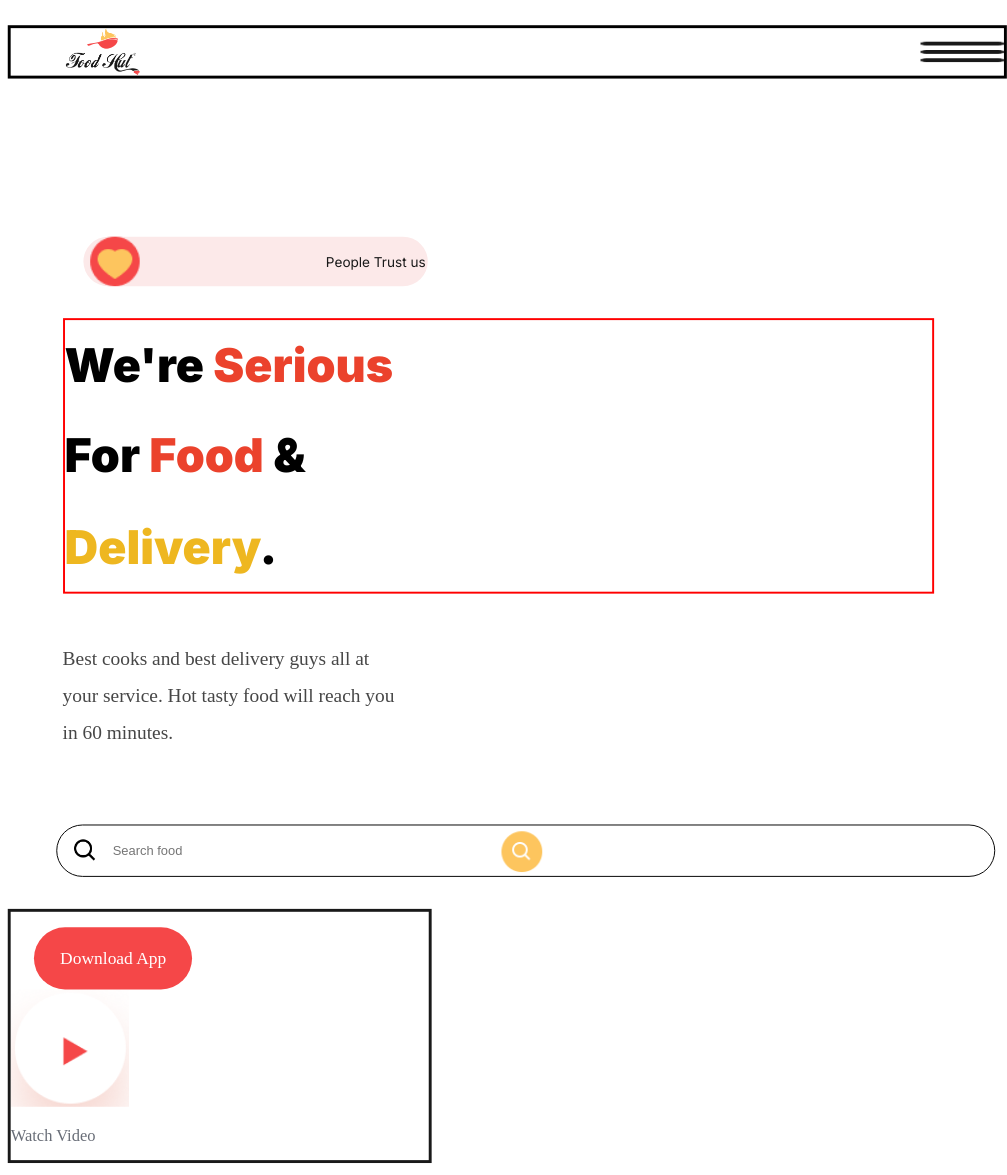
Repository: ReyhanehRahmani/Food-Hut
Page: FoodHut.html
These files come from the project's save history. The page is drawn as it stood at one moment and after the next save; the edit follows.
The browser window is 1024 px wide. The page is 1038 px wide, so the pictures cover 1038 px, including what lies to the right of the window. The pictures show the whole page, at 97% of full size.
Some web fonts or font styles are not loaded; a fallback is used.

Above is the page before, as saved 2025-05-28 23:46:15.

### FoodHut.html
<!DOCTYPE html>

<html lang="en">

    <head>

    <meta name="viewport" content="width=device-width, initial-scale=1.0" />

        <title>Food Hut</title>

        <link rel="icon" type="image/jpg" href="favicon.png">

        <link rel="preconnect" href="https://fonts.googleapis.com">

        <link rel="stylesheet" href="FoodHut.css">

        <link rel="preconnect" href="https://fonts.googleapis.com">

        <link rel="preconnect" href="https://fonts.gstatic.com" crossorigin>

        <link href="https://fonts.googleapis.com/css2?family=Inter:ital,opsz,wght@0,14..32,100..900;1,14..32,100..900&display=swap" rel="stylesheet">

        <link rel="preconnect" href="https://fonts.googleapis.com">

        <link rel="preconnect" href="https://fonts.gstatic.com" crossorigin>

        <link href="https://fonts.googleapis.com/css2?family=Sofia+Sans:ital,wght@0,1..1000;1,1..1000&display=swap" rel="stylesheet">

    </head>

    <body>

        <div class="headh">
            <img src="favicon.png" alt="Food Hut logo" class="FoodHutLogo">

            <div class="navlaptop">
                    <p class="mm">Today special offers</p>
                    <p class="mm">Why FoodHut</p>
                    <p class="mm">Our Menu</p>
                    <p class="mm">Our Popular food</p>

            </div>
            <div class="downloadbt"><p>Download App</p></div>
            <img src="slider.png" id="slider">
        </div>



        <div class="maincontainer">
            <div class="container1">

                <div id="HeartBox">
                    <img id="Heart" src="ghalb.png" style="margin-left: 3px;" >
                    <p id="trust">People Trust us</p>
                </div>

                <p id="BigBox1">
                    We're <spsn style="color: rgb(235, 66, 44);">Serious</spsn> <br> For <span style="color: rgb(235, 66, 44);">Food</span> & <br><span style="color: rgb(238, 183, 32);">Delivery</span>.
                </p>
                <p id="BigBox1laptop">
                    We're <spsn style="color: rgb(235, 66, 44);">Serious</spsn>  For <br><span style="color: rgb(235, 66, 44);">Food</span> & <span style="color: rgb(238, 183, 32);">Delivery</span>.
                </p>

                <p id="text1">
                    Best cooks and best delivery guys all at <br>your service. Hot tasty food will reach you<br>in 60 minutes.
                </p>
                <p id="text1laptop">
                    Best cooks and best delivery guys all at your <br>service. Hot tasty food will reach you in 60<br>minutes.
                </p>
                <div class="searchbox">
                    <img src="zarebin2.png" id="zarebin2">
                    <input class="inin" type="text" minlength="3" maxlength="30" placeholder="Search food"></input>
                    <button class="butbut"><img src="zarebin.png" id="zarebin"></button>
                </div>


                <div id="PlayBox">
                    <div id="download"><p>Download App</p></div>
                    <div id="bori1">
                    <img src="playb.png" id="PlayButton">
                    <p id="Watch">Watch Video</p>
                    </div>
                </div>

            </div>
            <img src="pic1.png" id="pic1laptop">

        </div>






    </body>

</html>

### FoodHut.css
/*font family - font size - align items like heart*/

@media screen and (max-width: 1279px){



body {
    font-family: "Inter", sans-serif;

}

.headh{
    border: solid;
    display: flex;
    justify-content: space-between;
    width: 100vw;
    height: 6.739130435vh;
    align-items: center;
    margin-top: 2.608695652%;
}


.FoodHutLogo{
    margin-left: 5.607476636%;
    height: 100%;
}

#slider{
    width: 8.411214953%;
    height: 43.548387097%;
}

/*#NavbarSlider{
    margin-top: 41px;
    margin-right: 5.6vw;
    float: right;
    position: fixed;
    border: 2px solid red;
}

.slider{
    width: 36px;
    height: 5px;
    border-radius: 17px;
    display: flex;
    justify-content: space-between;
    flex-direction: column;
    gap: 6px;
    background: rgba(25, 25, 25, 1);
    margin-right: 24px;

}*/



#HeartBox{
    display: flex;
    justify-content: space-between;
    gap: 1.438848921%;
    width: 35.226415094%;
    height: 4.261796043%;
    align-items: center;
    border-radius: 100px;
    white-space: nowrap;
    background-color: #fce9e9;
    margin-top: 16.228070175%;
    margin-left: 7.710280374%;
}

#trust{
    font-weight: 400;
    font-size: 0.875rem;
    line-height: 100%;
    letter-spacing: 0%;
    /*align-items: center;
    justify-content: center;*/
    color: rgba(25, 25, 25, 1);
    margin-right: 2px;

}

#Heart{
    position: static;
    width: 14.288489209%;
    height: 71.428571429%;
    padding-left: 1.168224299%;
    align-self: center;
}

#BigBox1{
    width: 88.785046729%;
    height: 21.058315335%;
    align-content: center;
    margin-top: 3.225806452%;
    margin-left: 5.607476636%;
    border: 2px solid red;
    font-weight: 900;
    font-size: 3rem;
    line-height: 195%;
    letter-spacing: 0%;
    font-family: "Inter";
}

/*#Box1Paragragh{
    font-weight: 900;
    font-size: 48px;
    line-height: 195%;
    letter-spacing: 0%;
}*/

#text1{
    width: 88.551401869%;
    height: 8.804347826%;
    margin-top: 4.347826087%;
    margin-left: 5.607476636%;
    opacity: 0.8;
    font-family: "Sofia Sans";
    font-weight: 400;
    font-size: 1.25rem;
    line-height: 190%;
    letter-spacing: -1%;
    color: #191919;
    white-space: nowrap;

}

#text1laptop{
    display: none;
}

.searchbox{
    border: solid;
    display: flex;
    border-width: 0.5px;
    border-radius: 100px;
    align-items: center;
    height: 8.709677419%;
    margin-top: 4.35483871;
    width: 95.785046729%;
    margin-left: 4.979253112%;
    margin-top: 7.476635514%;

}

.searchbox .inin{
    border: 0px;
    margin-left: 12px;

}

.searchbox .butbut{
    border: 0px;
    background-color: rgba(127, 255, 212, 0);
    margin-left: 22.324840764%;
}

#zarebin{
    height: 42px;
    padding-top: 5px;

}

#zarebin2{
    width: 28px;
    height: 28px;
    margin-left: 15px;

}

#download{
    width: 37.85046729%;
    height: 4.859611231%;
    margin-top: 3.695652174%;
    margin-left: 5.607476636%;
    border-radius: 100px;
    background: #F54748;
    font-family: Sofia Pro;
    font-weight: 400;
    font-size: 1.125rem;
    line-height: 100%;
    letter-spacing: 0px;
    text-transform: capitalize;
    color:#FFFFFF;
    text-align: center;
    padding-top: 1.187904968%;
    padding-bottom: 1.187904968%;
    display: inline-block;
}

#PlayBox{
    margin-top: 3.260869565%;
    display: flex;
    justify-content: space-between;
    gap: 4.906542056%;
    width: 42.757009346%;
    height: 5.652173913%;
    margin-right: 6.542056075%;
    position: relative;
    overflow: hidden;
    border: #191919 solid;
    display: inline-block;

}

#PlayButton{
    position: relative;
    width: 28.415300546%;
    height: 100%;
}


#Watch{
    font-family: Poppins;
    font-weight: 500;
    font-size: 1.0625rem;
    line-height: 100%;
    letter-spacing: 0%;
    color: #686D77;

}
.navlaptop{
    display: none;
}

.downloadbt{
    display: none;
}

#BigBox1laptop{
    display: none;
}

#pic1laptop{
    display: none;
}

}


@media screen and (min-width: 1280px){

body{
    position: relative;
}

.headh{
    display: flex;
    position: relative;
    align-items: center;
    margin-top: 2.46343341%;
}

.headh .FoodHutLogo{
    width: 8.402777778%;
    height: 6.004618938%;
    margin-left: 5.46875%;

}

.navlaptop {
    display: flex;
    gap: 7.575757576%;
    align-items: center;
    margin-left: 20.75%;

}

.navlaptop .mm{
    font-family: "Sofia Sans";
    font-weight: 400;
    font-size: 1.125rem;
    line-height: 100%;
    letter-spacing: 0px;
    text-transform: capitalize;
    color: #191919;
    white-space: nowrap;
}

.downloadbt{
    position: absolute;
    width: 11.25%;
    line-height: 100%;
    height: 57.692307692%;
    border-radius: 100px;
    background-color: #F54748;
    font-family: "Sofia Sans";
    text-align: center;
    margin-top: 1px;
    color: #FFFFFF;
    font-weight: 400;
    font-size: 18px;
    letter-spacing: 0px;
    text-transform: capitalize;
    margin-left: 84.513888889%;


}

.maincontainer{
    display: flex;
    justify-content: space-between;


}

.container1{
    margin-left: 4.861111111%;
    display: block;
    align-content: center;

}

#HeartBox{
    display: flex;
    justify-content: space-between;
    width: 28.226415094%;
    height: 4.261796043%;
    align-items: center;
    border-radius: 100px;
    white-space: nowrap;
    background-color: #fce9e9;
}

#trust{
    margin-right: 2px;
}

#BigBox1laptop{
    font-family: "Inter";
    font-weight: 900;
    font-size: 3.625rem;
    line-height: 100%;
    letter-spacing: 0%;
    margin-top: 3.04414003%;

}

#BigBox1{
    display: none;
}

#Heart{
    height: 20px;
    width: 20px;
}

#trust{
    font-family: Inter;
    font-weight: 400;
    font-size: 0.875rem;
    line-height: 100%;
    letter-spacing: 0%;

}

#text1{
    font-family: "Sofia Sans";
    font-weight: 400;
    font-size: 1.5rem;
    line-height: 100%;
    letter-spacing: -1%;
    opacity: 0.8;
    margin-top: 3.877419355%;
    color: #191919;

}


.searchbox{
    border: solid;
    display: flex;
    border-width: 0.5px;
    border-radius: 100px;
    align-items: center;
    height: 8.709677419%;
    margin-top: 4.35483871;

}

.searchbox .inin{
    border: 0px;
    margin-left: 12px;

}

.searchbox .butbut{
    border: 0px;
    background-color: rgba(127, 255, 212, 0);
    margin-left: 41.324840764%;
}

#zarebin{
    height: 42px;
    padding-top: 5px;

}

#zarebin2{
    width: 28px;
    height: 28px;
    margin-left: 15px;

}

#pic1laptop{
    width: 47.847222222%;
    height: auto;
}

#PlayBox{
    display: flex;
    height: 8.387096774%;
    margin-top: 4.838709677%;
    align-items: center;
}

#download{
    width: 33.085106383%;
    height: 86.538461538%;
    border-radius: 100px;
    background-color: #F54748;
    font-family: "Sofia Sans";
    text-align: center;
    margin-top: 1px;
    color: #FFFFFF;
    font-weight: 400;
    font-size: 18px;
    line-height: 100%;
    letter-spacing: 0px;
    text-transform: capitalize;


}

#bori1{
    display: flex;
    margin-left: 8.244680851%;
    height: 100%;
    justify-content: space-between;
    gap: 11.475409836%;
}

#Watch{
    font-family: "Sofia Sans";
    font-weight: 300;
    font-size: 17px;
    line-height: 100%;
    letter-spacing: 0%;
    color: #686D77;
    white-space: nowrap;

}

#PlayButton{
    height: 100%;
}
}

After the next save:
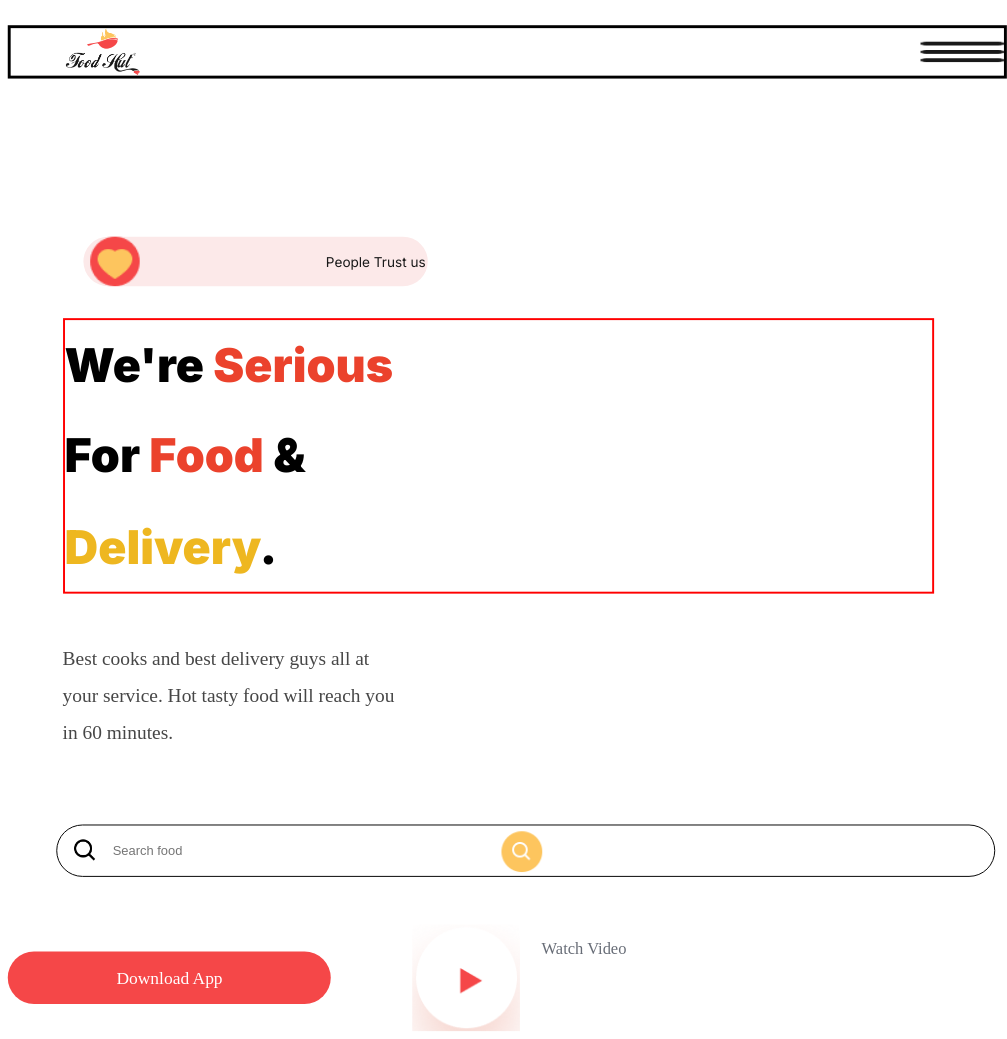
Saved 76 s later.
--- a/FoodHut.css
+++ b/FoodHut.css
@@ -167,57 +167,54 @@ body {
 
 }
 
+#PlayBox{
+    display: flex;
+    height: 8.387096774%;
+    margin-top: 4.838709677%;
+    align-items: center;
+}
+
 #download{
-    width: 37.85046729%;
-    height: 4.859611231%;
-    margin-top: 3.695652174%;
-    margin-left: 5.607476636%;
-    border-radius: 100px;
-    background: #F54748;
-    font-family: Sofia Pro;
-    font-weight: 400;
-    font-size: 1.125rem;
+    width: 33.085106383%;
+    height: 86.538461538%;
+    border-radius: 100px;
+    background-color: #F54748;
+    font-family: "Sofia Sans";
+    text-align: center;
+    margin-top: 1px;
+    color: #FFFFFF;
+    font-weight: 400;
+    font-size: 18px;
     line-height: 100%;
     letter-spacing: 0px;
     text-transform: capitalize;
-    color:#FFFFFF;
-    text-align: center;
-    padding-top: 1.187904968%;
-    padding-bottom: 1.187904968%;
-    display: inline-block;
-}
-
-#PlayBox{
-    margin-top: 3.260869565%;
-    display: flex;
-    justify-content: space-between;
-    gap: 4.906542056%;
-    width: 42.757009346%;
-    height: 5.652173913%;
-    margin-right: 6.542056075%;
-    position: relative;
-    overflow: hidden;
-    border: #191919 solid;
-    display: inline-block;
+
+
+}
+
+#bori1{
+    display: flex;
+    margin-left: 8.244680851%;
+    height: 100%;
+    justify-content: space-between;
+    gap: 11.475409836%;
+}
+
+#Watch{
+    font-family: "Sofia Sans";
+    font-weight: 300;
+    font-size: 17px;
+    line-height: 100%;
+    letter-spacing: 0%;
+    color: #686D77;
+    white-space: nowrap;
 
 }
 
 #PlayButton{
-    position: relative;
-    width: 28.415300546%;
     height: 100%;
 }
 
-
-#Watch{
-    font-family: Poppins;
-    font-weight: 500;
-    font-size: 1.0625rem;
-    line-height: 100%;
-    letter-spacing: 0%;
-    color: #686D77;
-
-}
 .navlaptop{
     display: none;
 }
